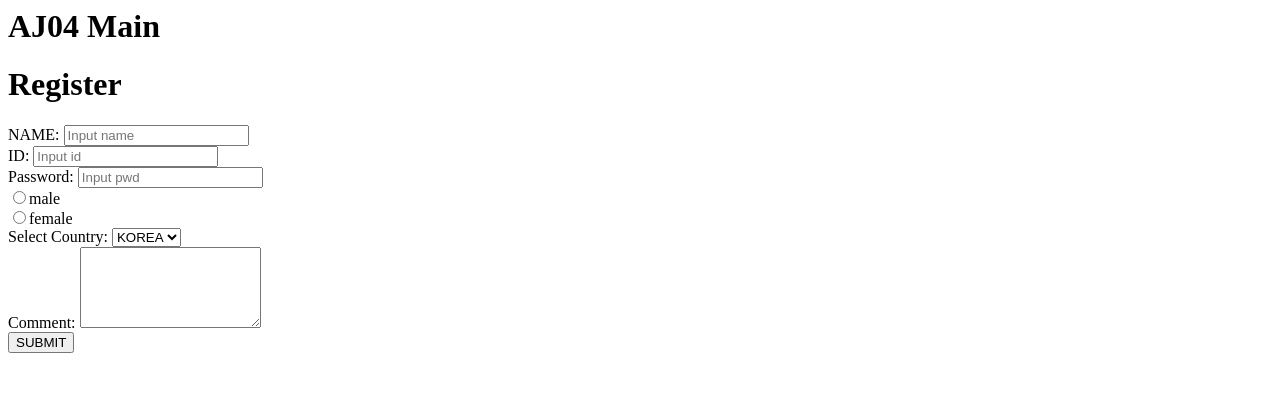
Repository: sangeun100/html
Page: http://localhost/login/register
The author's editor kept a copy of each file at every save. The page is drawn from the files as they stood at one save, then again after the next save.
The browser window is 1280 px wide. The pictures show the whole page.
The page is this project's Thymeleaf template; nobody is signed in. The template is opened directly, without the code that normally fills it, so the values that code supplies are empty.

Above is the page before, as saved 2022-05-23 23:55:31.
Console error: ReferenceError: $ is not defined

### day061/src/main/resources/templates/login/register.html
<meta charset="UTF-8">


<script>
function checkid(id) {
	$.ajax({
		url:'checkid',
		data:{'id':id},
		success:function(data){
		if(data == '1') {
			$('#iid').text('사용가능 합니다.');
		}else {
			$('#iid').text('사용 불가능 합니다.');
		}
	  }
	});
};
$(document).ready(function () {
	$('input[name="name"]').keyup(function () { // 이름은 3자리 이상이어야 함
		var id = $(this).val();
		if (id.length < 3) {
			$('#sname').text('3자리 이상이어야 합니다.');
		  }else { //3자리 이상이면 서버에 전송
			  $('#sname').text('');
		  }
	$('input[name="id"]').keyup(function () {
		var id = $(this).val();
		if (id.length < 3) {
			$('#iid').text('3자리 이상이어야 합니다.');
			 }else {
				 $('#iid').text('');
				 checkid(id); //ajax에서 aaaa~ cccc 는 사용 불가 아이디
		}

	$('button').attr('disabled','disabled'); // 다 입력안하면 클릭불가
	$('button').click(function () {

		$('#register_form1').attr({ //등록페이지 받아오기, 제출
			'action':'register_form1impl',
			'method':'post'
		});
		$('#register_form1').submit();
		});
	$('button').removeAttr('disabled'); // 다 입력하면 클릭 가능
	});
  });
});
</script>
<h1>AJ04 Main</h1>

<div>
<h1>Register</h1>
<form id="register_form1">
<!-- 이름칸 -->
<div class="form-group">
	  <label for="name">NAME:</label>
	  <input type="text" name="name" class="form-control" id="name" placeholder="Input name">
      <span id="sname"></span>
	</div>
<!-- 아이디칸 -->
<div class="form-group">
	  <label for="id">ID:</label>
	  <input type="text" name="id" class="form-control" id="id" placeholder="Input id">
      <span id="iid"></span>
	</div>
<!-- 비밀번호 칸  -->
	<div class="form-group">
	  <label for="pwd">Password:</label>
	  <input type="password" name="pwd" class="form-control" id="pwd" placeholder="Input pwd">
	  <span id="pwd" class="help-block"></span>
	</div>
<!-- 성별-->
	<div class="radio">
	  <label><input type="radio" name="optradio2" value="op2">male</label>
	<span id="optradio2"></span></div>
	<div class="radio">
	  <label><input type="radio" name="optradio3" value="op3">female</label>
	<span id="optradio3"></span></div>
<!-- 국가 -->
<div class="form-group">
	  <label for="sel">Select Country:</label>
	  <select class="form-control" id="sel" name="sel">
	    <option value="1">KOREA</option>
	    <option value="2">USA</option>
	    <option value="3">JAPAN</option>
	    <option value="4">ETC</option>
	  </select>
	<span id="sel" class="help-block"></span>
	</div>
<!-- 코멘트 -->
<div class="form-group">
  <label for="comment">Comment:</label>
  <textarea class="form-control" rows="5" id="comment" name="comment"></textarea>
 <span id="comment" class="help-block"></span>
 </div>
<button id="register_bt" type="button">SUBMIT</button>
</form>
</div>

After the next save:
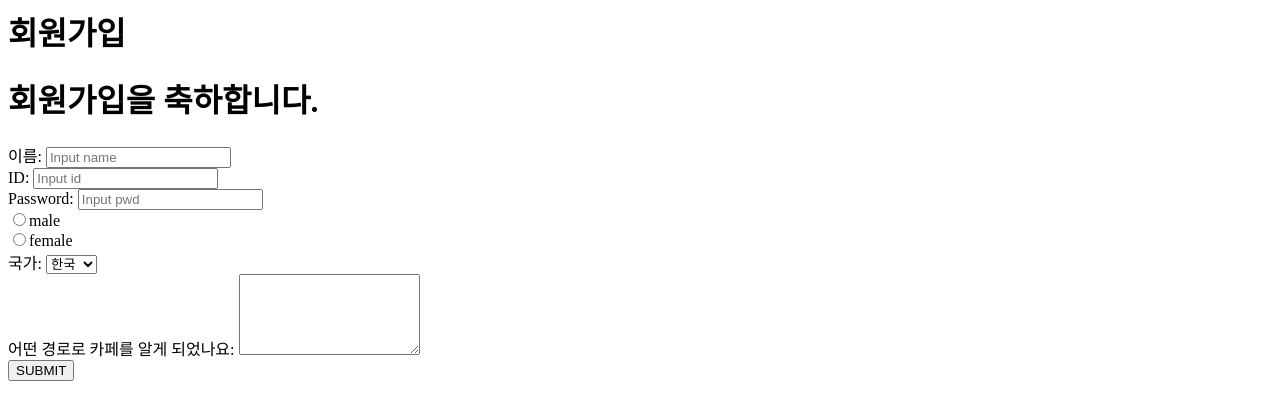
Saved 4 min 18 s later.
--- a/day061/src/main/resources/templates/login/register.html
+++ b/day061/src/main/resources/templates/login/register.html
@@ -2,7 +2,7 @@
 
 
 <script>
-function checkid(id) {
+/* function checkid(id) {
 	$.ajax({
 		url:'checkid',
 		data:{'id':id},
@@ -14,7 +14,7 @@ function checkid(id) {
 		}
 	  }
 	});
-};
+}; */
 $(document).ready(function () {
 	$('input[name="name"]').keyup(function () { // 이름은 3자리 이상이어야 함
 		var id = $(this).val();
@@ -29,7 +29,7 @@ $(document).ready(function () {
 			$('#iid').text('3자리 이상이어야 합니다.');
 			 }else {
 				 $('#iid').text('');
-				 checkid(id); //ajax에서 aaaa~ cccc 는 사용 불가 아이디
+				//checkid(id); //ajax에서 aaaa~ cccc 는 사용 불가 아이디
 		}
 
 	$('button').attr('disabled','disabled'); // 다 입력안하면 클릭불가
@@ -46,14 +46,14 @@ $(document).ready(function () {
   });
 });
 </script>
-<h1>AJ04 Main</h1>
+<h1>회원가입</h1>
 
 <div>
-<h1>Register</h1>
+<h1>회원가입을 축하합니다.</h1>
 <form id="register_form1">
 <!-- 이름칸 -->
 <div class="form-group">
-	  <label for="name">NAME:</label>
+	  <label for="name">이름:</label>
 	  <input type="text" name="name" class="form-control" id="name" placeholder="Input name">
       <span id="sname"></span>
 	</div>
@@ -78,18 +78,19 @@ $(document).ready(function () {
 	<span id="optradio3"></span></div>
 <!-- 국가 -->
 <div class="form-group">
-	  <label for="sel">Select Country:</label>
+	  <label for="sel">국가:</label>
 	  <select class="form-control" id="sel" name="sel">
-	    <option value="1">KOREA</option>
-	    <option value="2">USA</option>
-	    <option value="3">JAPAN</option>
-	    <option value="4">ETC</option>
+	    <option value="1">한국</option>
+	    <option value="2">미국</option>
+	    <option value="3">일본</option>
+	    <option value="3">중국</option>
+	    <option value="4">그 외</option>
 	  </select>
 	<span id="sel" class="help-block"></span>
 	</div>
 <!-- 코멘트 -->
 <div class="form-group">
-  <label for="comment">Comment:</label>
+  <label for="comment">어떤 경로로 카페를 알게 되었나요:</label>
   <textarea class="form-control" rows="5" id="comment" name="comment"></textarea>
  <span id="comment" class="help-block"></span>
  </div>
